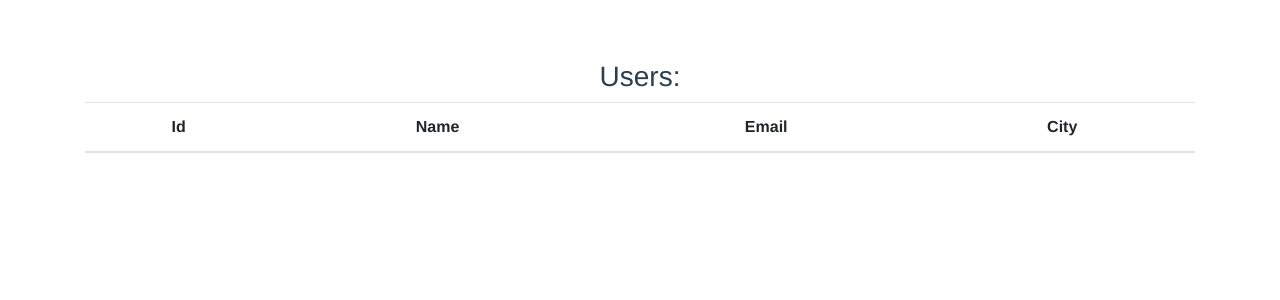
Repository: Robogeek95/rankapp
Page: /
These files come from the project's save history. The page is drawn as it stood at one moment and after the next save; the edit follows.
The browser window is 1280 px wide. The pictures show the whole page.
The page's requests for data from a server got no answer. The project was rebuilt for these pictures with package versions that can differ from the ones it lists, and the page was loaded fresh each time. No one was signed in, and anything a server would have sent is missing.

Above is the page before, as saved 2021-04-18 16:20:15.

After the next save:
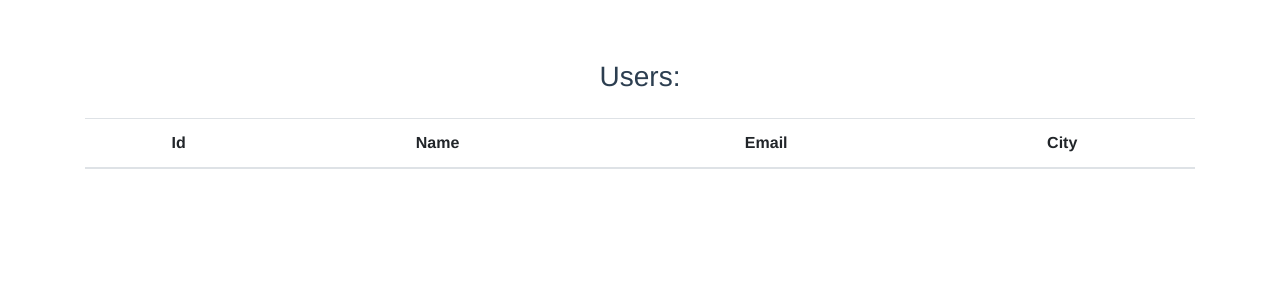
Saved 41 s later.
--- a/src/components/Users.vue
+++ b/src/components/Users.vue
@@ -1,6 +1,8 @@
 <template>
   <div class="container">
-    <h3> Users:</h3>
+    <div class="heading mb-4">
+      <h3> Users:</h3>
+    </div>
     <table class="table table-striped">
       <thead>
         <tr>
